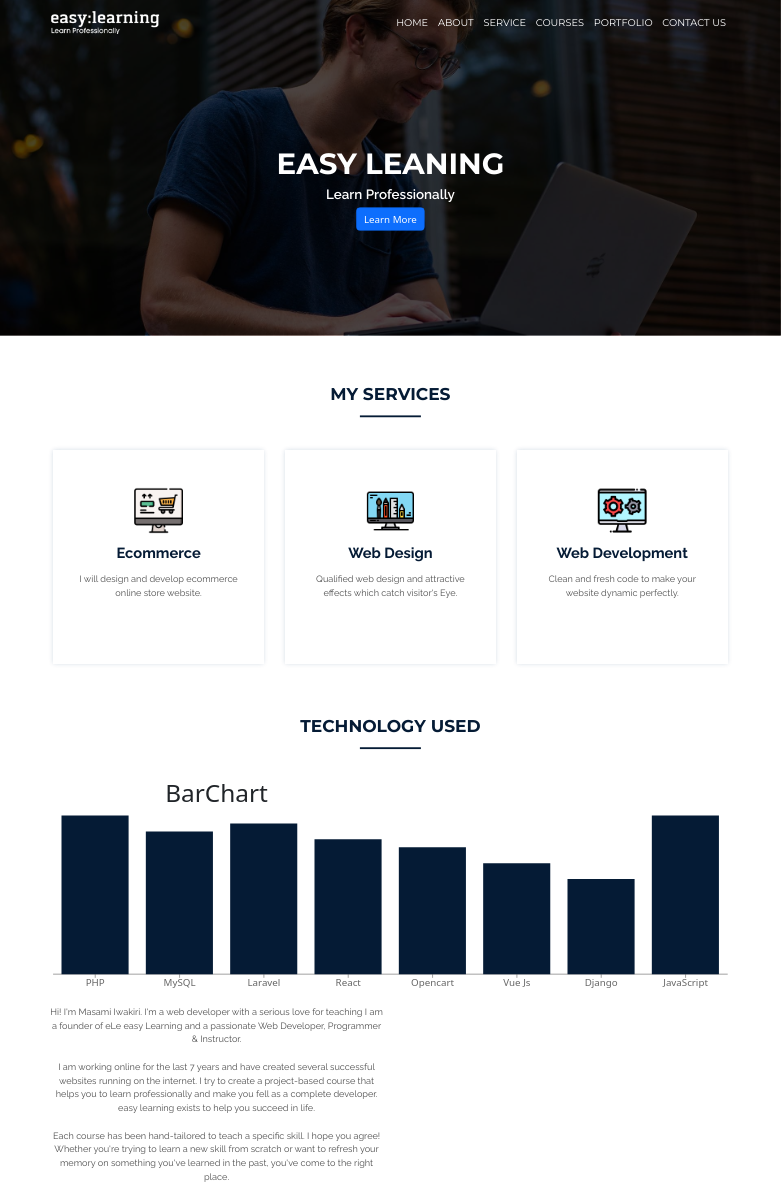
Repository: masamichan/free_video_app
Page: /
The author's editor kept a copy of each file at every save. The page is drawn from the files as they stood at one save, then again after a run of saves.
The browser window is 1280 px wide. The pictures show the whole page, at 61% of full size.
Backgrounds fixed to the window are drawn as part of the page. The project was rebuilt for these pictures with package versions that can differ from the ones it lists, and the page was loaded fresh each time.

Above is the page before, as saved 2023-01-29 11:01:00.

After the next 2 saves:
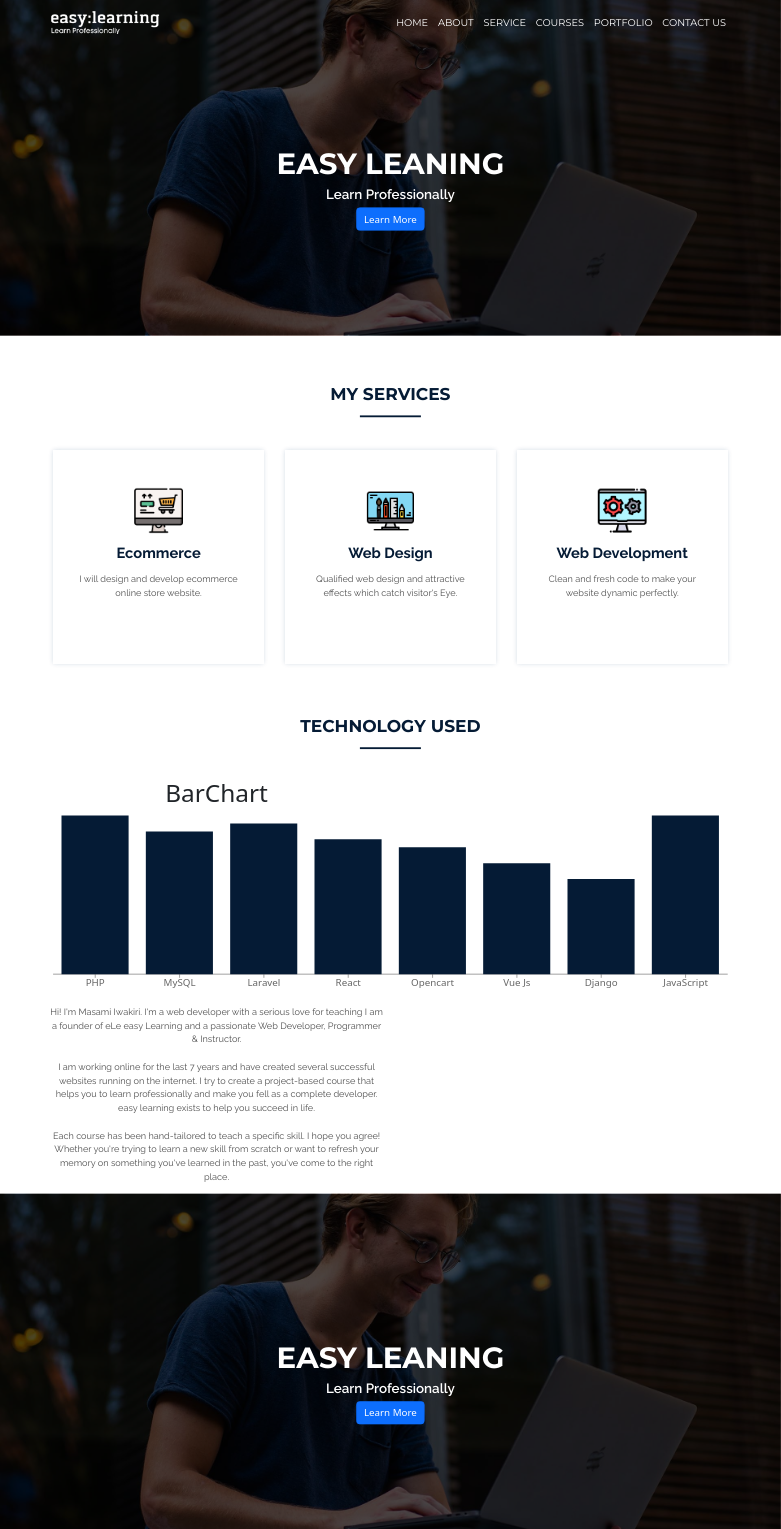
The 2 saves are shown as one change because 1 did not build or start.
The last was saved 101 s later.
--- a/src/App.js
+++ b/src/App.js
@@ -1,6 +1,7 @@
 import React from "react";
 import Analysis from "./components/Analysis/Analysis";
 import Services from "./components/Services/Services";
+import Summary from "./components/Summary/Summary";
 import { TopBanner } from "./components/TopBanner/TopBanner";
 import TopNavigation from "./components/TopNavigation/TopNavigation";
 
@@ -11,6 +12,7 @@ function App() {
       <TopBanner />
       <Services />
       <Analysis />
+      <Summary />
     </div>
   );
 }
